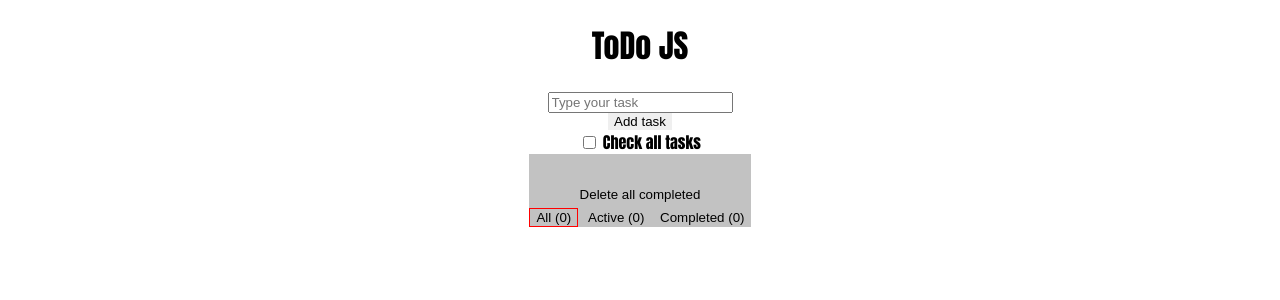
Repository: mklyagin/klyagin_todojs
Page: index.html
These files come from the project's save history. The page is drawn as it stood at one moment and after the next save; the edit follows.
The browser window is 1280 px wide. The pictures show the whole page.

Above is the page before, as saved 2024-02-27 15:55:47.

After the next save:
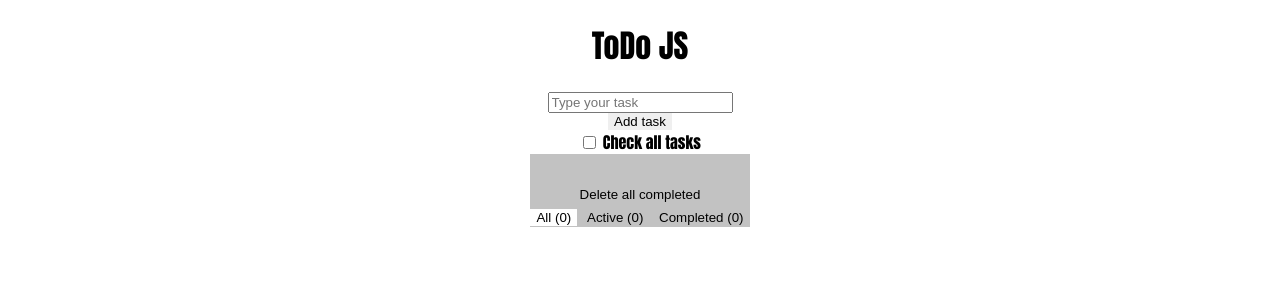
Saved 24 s later.
--- a/style.css
+++ b/style.css
@@ -41,7 +41,7 @@ button {
 }
 
 .active {
-  border: 1px solid red;
+  background-color: white;
 }
 
 
